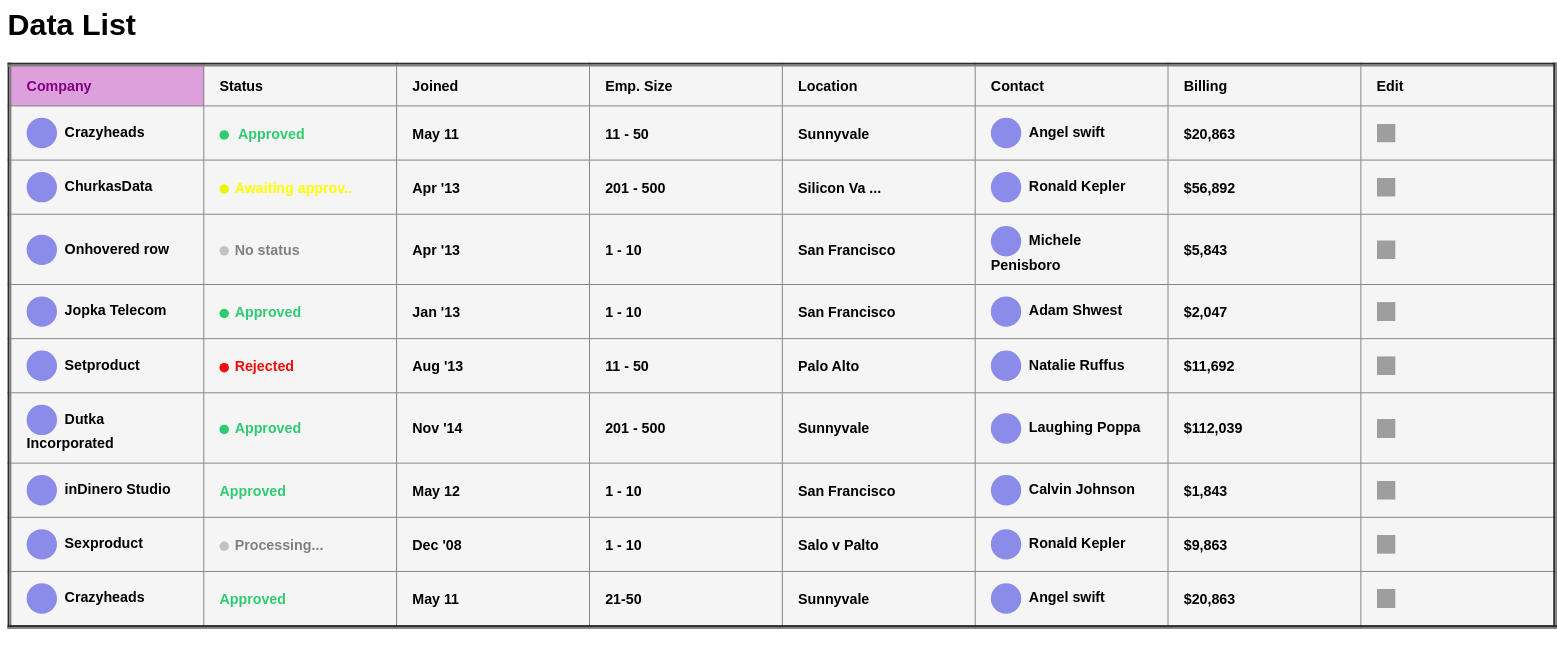
Repository: AdityaTech-Pro/FullStackWithBridgelabz
Page: Assignment2/Data_List/index.html
These files come from the project's save history. The page is drawn as it stood at one moment and after a run of saves; the edit follows.
The browser window is 1280 px wide. The page is 1639 px wide, so the pictures cover 1639 px, including what lies to the right of the window. The pictures show the whole page, at 95% of full size.
Pictures or frames that could not be fetched are drawn as grey boxes.

Above is the page before, as saved 2025-10-15 10:34:01.

After the next 2 saves:
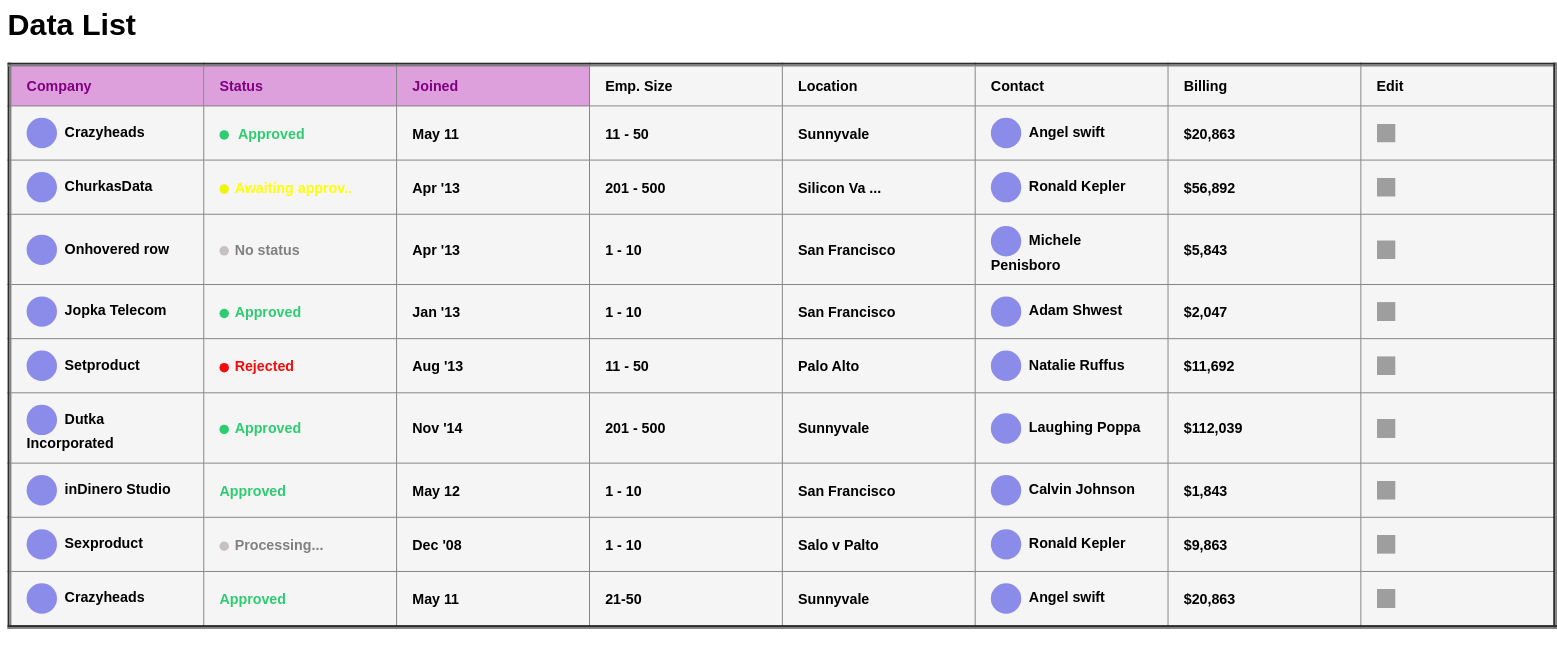
The 2 saves are shown as one change because they came seconds apart.
The last was saved 17 s later.
--- a/Assignment2/Data_List/index.html
+++ b/Assignment2/Data_List/index.html
@@ -112,8 +112,8 @@
         <h1 class="center">Data List</h1>
         <tr>
             <th style="color:purple; background-color: plum;">Company</th>
-            <th>Status</th>
-            <th>Joined</th>
+            <th style="color:purple; background-color: plum;">Status</th>
+            <th style="color:purple; background-color: plum;">Joined</th>
             <th>Emp. Size</th>
             <th>Location</th>
             <th>Contact</th>
